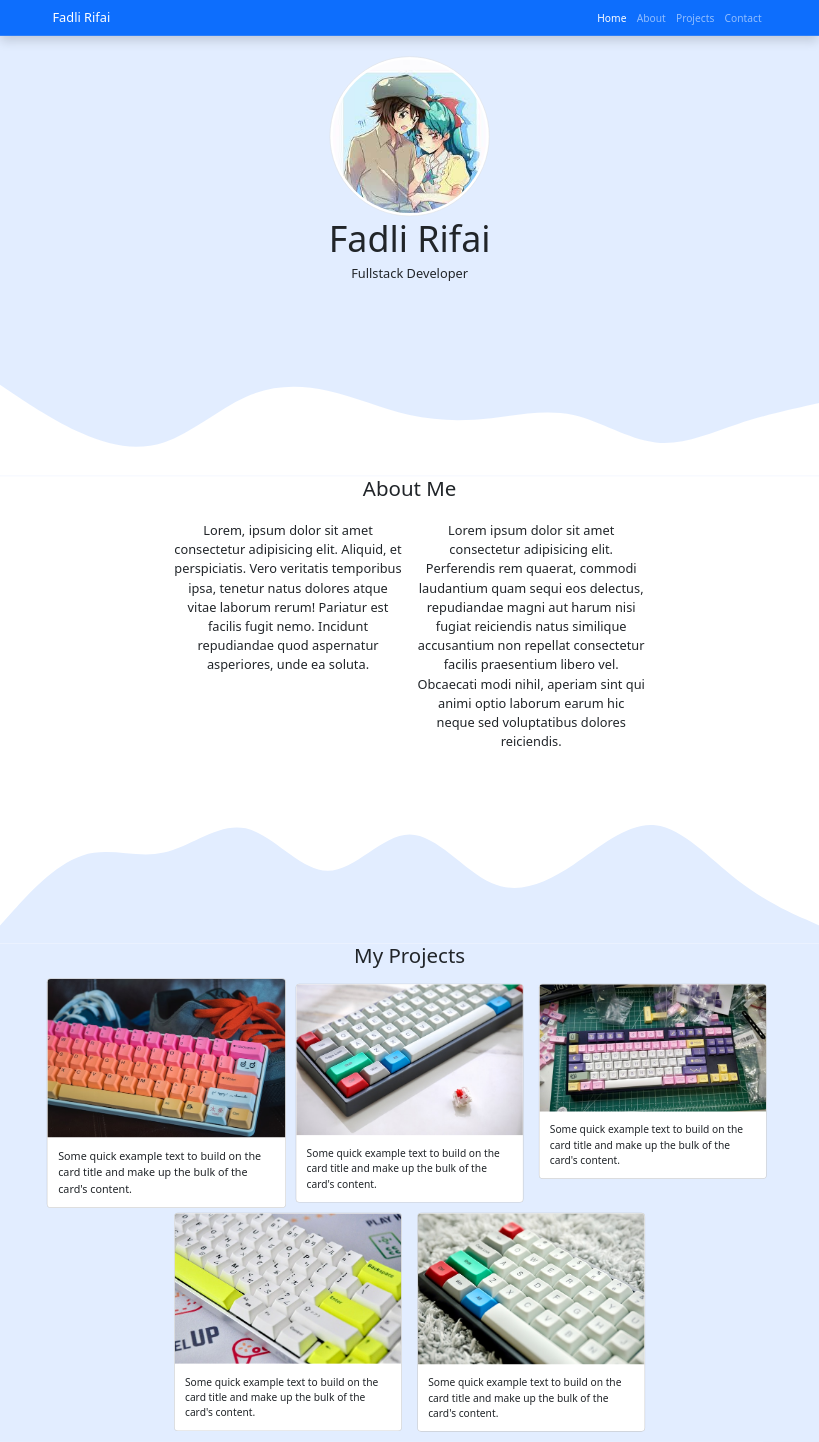
Repository: fadlyyy/fadli-dev.github.io
Page: index.html
An editor plug-in stored every save of this project. The page is shown before and after the next save, followed by the edit.
The browser window is 1280 px wide. The pictures show the whole page, at 64% of full size.
The pointer rests on the first visible `#projects .child`.

Above is the page before, as saved 2024-01-19 13:35:09.

After the next save:
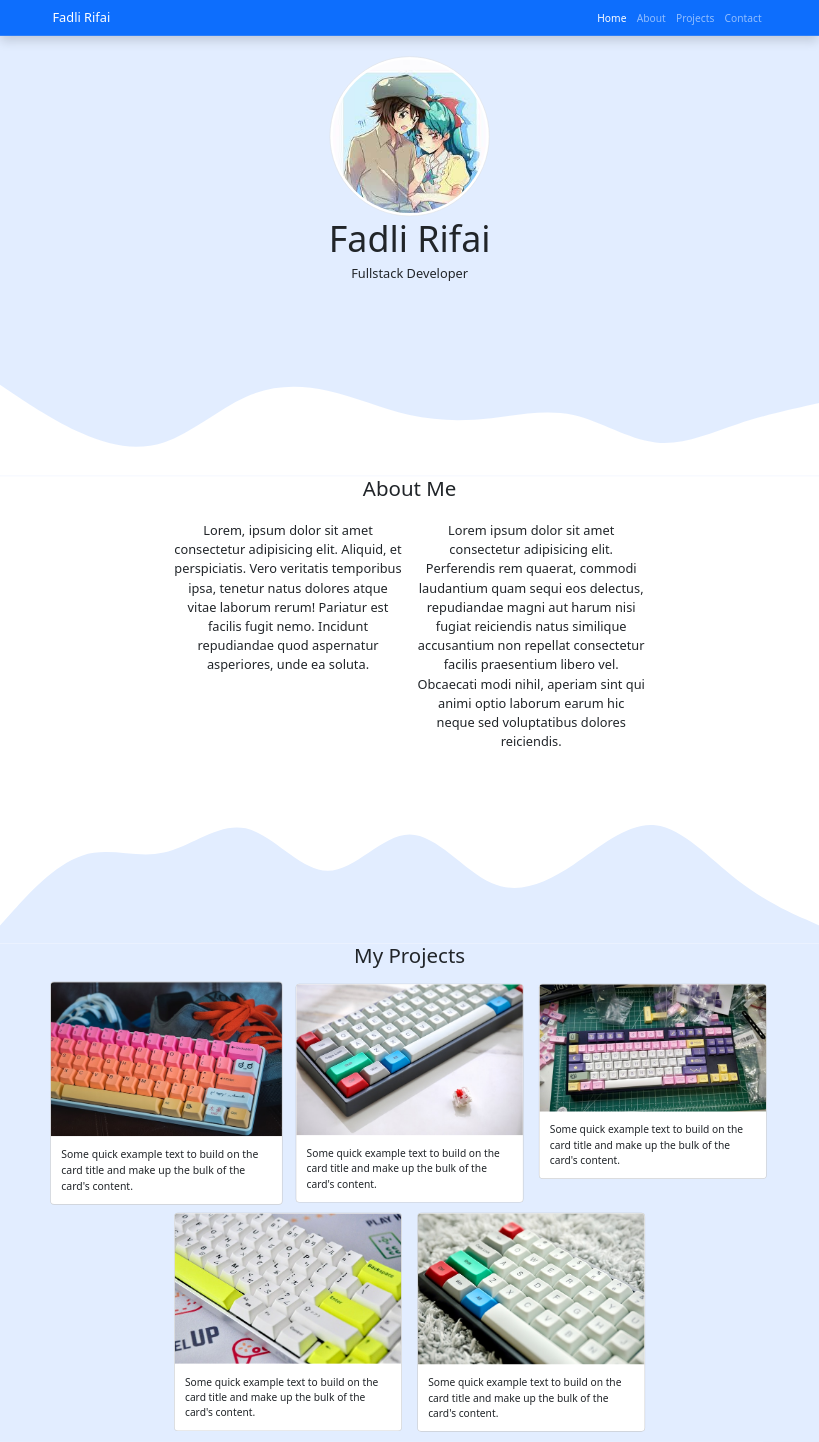
Saved 17 s later.
--- a/style.css
+++ b/style.css
@@ -16,5 +16,5 @@ body {
 }
 
 #projects .child:hover {
-  scale: 1.05;
+  scale: 1.02;
 }
